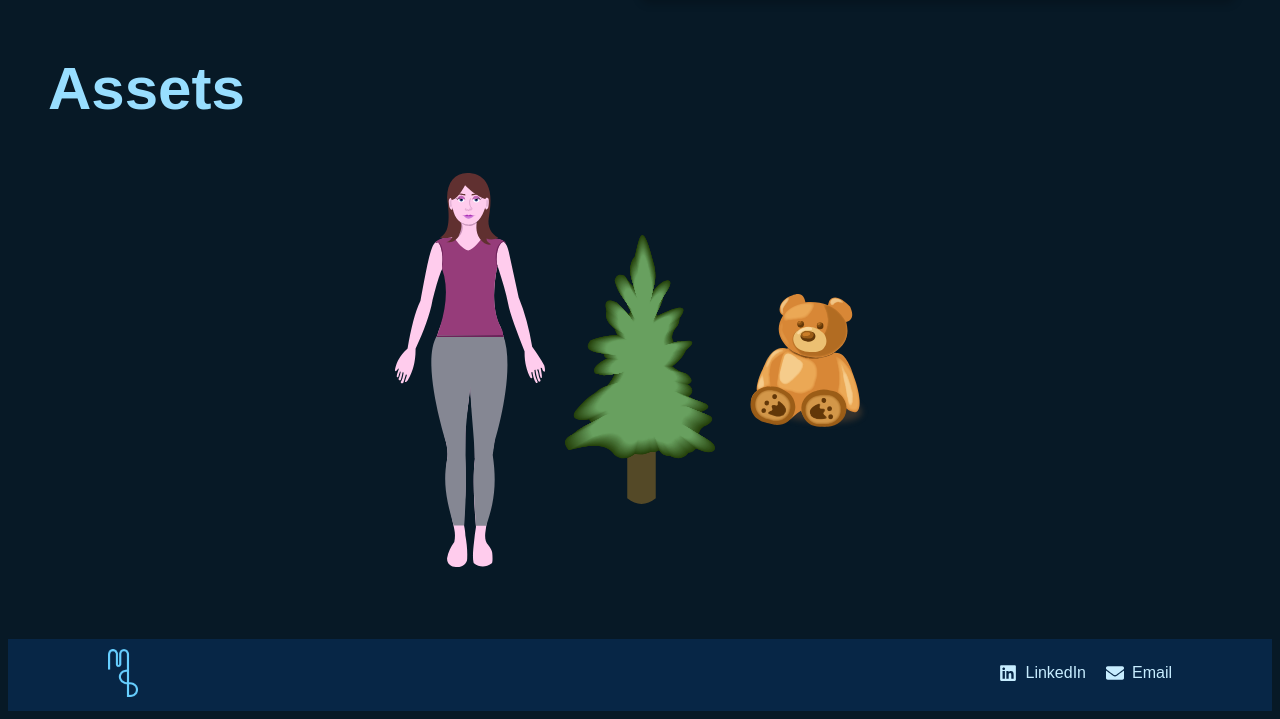
Repository: madelinestruthers/madeline-portfolio-site
Page: /Projects/motion-project
An editor plug-in stored every save of this project. The page is shown before and after the next save, followed by the edit.
The browser window is 1280 px wide. The pictures show the part of the page from y = 651 to 1370 px (the page is 1370 px tall).
The project was rebuilt for these pictures with package versions that can differ from the ones it lists, and the page was loaded fresh each time. The framework's server and built-in components were replaced by stand-ins that run in the browser. Also part of the build but not shown: next.config.mjs.

Above is the page before, as saved 2025-03-22 19:23:16.

### src/pages/Projects/motion-project.js
import NavBar from "@/components/NavBar";
import Footer from "@/components/Footer";
import styles from "@/styles/MotionProject.module.css";
import Image from "next/image";

export default function MotionProject() {
    return (
        <div className={styles.page}> {/* ✅ Add a wrapper div */}
            <NavBar />

            <main className={styles.container}>
                <h1 className={styles.h1Style}>How to Ground Yourself</h1>

                {/* Video & Description Row on Desktop (Video on Right) */}
                <div className={styles.videoDescriptionWrapper}>

                    {/* Project Details (Left Side on Desktop) */}
                    <div className={styles.descriptionContainer}>
                        <p className={styles.description}>
                            Made for kids, this motion graphics piece explores mindfulness and grounding through fluid animation, soft colors, and soothing music. Created with After Effects and Illustrator, it delivers a calm, immersive experience.
                        </p>
                    </div>

                    {/* Video Section (Right Side on Desktop) */}
                    <div className={styles.videoContainer}>
                        <iframe
                            className={styles.video}
                            src="https://www.youtube.com/embed/LDuL9oxN3RY?si=x8TfYwBB4a7iYpOd"
                            title="YouTube video player"
                            allow="accelerometer; autoplay; clipboard-write; encrypted-media; gyroscope; picture-in-picture; web-share"
                            referrerPolicy="strict-origin-when-cross-origin"
                            allowFullScreen
                        ></iframe>
                    </div>

                </div>
                <h2 className={styles.h1Style}>Assets</h2>
                <div className={styles.assetContainer}>
                    <div className={styles.assets}>
                        <Image src="/images/Asset1.svg" alt="Asset 1" width={150} height={150} className={styles.assetImage} />
                        <Image src="/images/Asset2.svg" alt="Asset 2" width={150} height={150} className={styles.assetImage} />
                        <Image src="/images/Asset3.svg" alt="Asset 3" width={150} height={150} className={styles.assetImage} />
                    </div>
                </div>
            </main>

            <Footer />
        </div>
    );
}

### src/styles/globals.css
:root {
  --background: #071926;
  --foreground: #171717;
    --accent: #98deff; /* Change to your preferred color */
}

@media (prefers-color-scheme: dark) {
  :root {
    --background: #071926;
    --foreground: #ffffff;
  }
}

html,
body {
  max-width: 100vw;
  overflow-x: hidden;
}


body {
  color: var(--foreground);
  background: var(--background);
  font-family: comme, Poppins, sans-serif;
  font-size: 16px;
}

/* styles*/



a {
  color: inherit;
  text-decoration: none;
}

.projects-page {
  display: flex;
  flex-direction: column;
  min-height: 100vh;
}

/* 📌 Title & Filter Layout */
.projects-header {
  display: flex;
  justify-content: space-between;
  align-items: center;
  padding: 2rem 0;
  width: 100%;
}

/* Align title left */
.projects-header h1 {
  font-size: 60px;
  font-weight: bold;
  margin-left: 100px;
  color: #98deff;
}

/* Align filter right */
.filter-container {
  display: flex;
  align-items: center;
  gap: 10px;
  margin-right: 100px;
}

/* 📌 Apply required #category-filter styling */
#category-filter {
  padding: 10px;
  font-size: 1rem;
  border-radius: 5px;
  border: 1px solid #ccc;
  cursor: pointer;
}

/* 📌 Grid Layout for Projects */
.projects-container {
  display: grid;
  grid-template-columns: 1fr;
  gap: 20px;
  padding-top: 2rem;
  justify-items: center;
  flex-grow: 1; /* Ensures content takes up available space */
}

/* 📌 Handle No Projects */
.no-projects {
  text-align: center;
  font-size: 1.2rem;
  color: #999;
}

/* 📌 Stick Footer to Bottom */
footer {
  margin-top: auto;
}


/* 🔥 Tablet View (600px and up) */
@media (min-width: 600px) {
  .projects-container {
    grid-template-columns: repeat(2, 1fr);
  }
}

/* 🖥️ Desktop View (900px and up) */
@media (min-width: 900px) {
  .projects-container {
    grid-template-columns: repeat(3, 1fr);
    margin: 1rem 100px 6rem 100px;
    gap: 6rem;
  }
}

/* 🖥️ Large Desktop View (1400px and up) */
@media (min-width: 1600px) {
  .projects-container {
    grid-template-columns: repeat(4, 1fr);
    margin: 2rem 200px 6rem 200px;
    gap: 8rem;
  }
}

/* 📱 Mobile View: Stack title & filter */
@media (max-width: 899px) {
  .projects-header {
    flex-direction: column;
    align-items: center;
    text-align: center;
    gap: 10px;
  }

  .projects-header h1 {
    margin-left: 0;
  }

  .filter-container {
    margin-right: 0;
  }
}

### src/components/NavBar.js

import React, { useState } from "react";
import Image from "next/image";
import styles from "./Navbar.module.css";

const NavBar = () => {
  const [isMenuOpen, setIsMenuOpen] = useState(false);
  const toggleMenu = () => setIsMenuOpen(!isMenuOpen);

  return (
    <nav className={styles.navbar}>
      <div className={styles["navbar-logo"]}>
        <a href="/">
          <div className={styles["logo-wrapper"]}>
            <Image
              src="/images/ms-logo.svg"
              alt="Logo"
              width={80}
              height={22}
              priority
            />
          </div>
        </a>
      </div>

      <div className={styles.hamburger} onClick={toggleMenu}>
        <div className={styles.bar}></div>
        <div className={styles.bar}></div>
        <div className={styles.bar}></div>
      </div>

      <ul
        className={`${styles["navbar-links"]} ${
          isMenuOpen ? styles["navbar-links-open"] : ""
        }`}
      >
        <li>
          <a href="/projects">Projects</a>
        </li>
        <li>
          <a href="/about">About Me</a>
        </li>
      </ul>
    </nav>
  );
};

export default NavBar;

### src/components/Footer.js
// src/components/Footer.js
import React from "react";
import styles from "./Footer.module.css";
import { FaLinkedin, FaEnvelope } from "react-icons/fa";
import Image from "next/image";

const Footer = () => {
  return (
    <footer className={styles.footer}>
      {/* Left Section: Logo */}
      <div className={styles.logo}>
        <a href="/">
        <Image
            src="/images/ms-logo.png"
            alt="Logo"
            width={30}
            height={48}
          />
        </a>
      </div>

      {/* Right Section: Links */}
      <div className={styles.links}>
        <a
          href="https://linkedin.com/in/madelinestruthers"
          target="_blank"
          rel="noopener noreferrer"
          className={styles.link}
        >
          <FaLinkedin className={styles.icon} /> LinkedIn
        </a>
        <a
          href="mailto:maddiestruthersdesigns@gmail.com"
          className={styles.link}
        >
          <FaEnvelope className={styles.icon} /> Email
        </a>
      </div>
    </footer>
  );
};

export default Footer;

### src/styles/MotionProject.module.css
/* Page Wrapper */
/* Page Wrapper */
.page {
    display: flex;
    flex-direction: column;
    min-height: 100vh;
    /* Ensures the full viewport height */
}

/* Main Content */
.container {
    flex: 1;
    /* Pushes the footer down */
    display: flex;
    flex-direction: column;
    align-items: center;
    padding: 20px;
}

/* Video & Description Layout */
.videoDescriptionWrapper {
    display: flex;
    flex-direction: column;
    /* Mobile: Stacked */
    align-items: center;
    gap: 20px;
    width: 100%;
}

/* Video Styling */
.videoContainer {
    width: 100%;
    max-width: 600px;
    margin-top: 1rem;
}

.video {
    width: 100%;
    height: 45vh;
    border-radius: 10px;
    box-shadow: 0 4px 8px rgba(0, 0, 0, 0.2);
}

/* Title & Description */
.descriptionContainer {
    text-align: left;
    max-width: 600px;
}


.h1Style {
    font-size: 30px;
    color: #98deff;
    font-weight: bold;
    text-align: left;
    /* ✅ Aligns to the left */
    width: 100%;
    /* Makes sure it spans the full width */
    max-width: 1200px;
}


.description {
    font-size: 1rem;
    color: #cbedfd;
    line-height: 1.6;
}

/* Assets Section */
.assetsContainer {
    text-align: center;
    width: 100%;
    display: flex;
    justify-content: center;
  }

  .assets {
    display: flex;
    flex-direction: column;
    align-items: center;
    gap: 20px;
    width: 100%;
  }

  .assetImage {
    height: auto;
  }

.h2Style {
    font-size: 24px;
    color: #C7EDFF;
    margin-bottom: 10px;
}




/* 🔹 Tablet View (iPad) */
@media (min-width: 768px) {
    .container {
        padding: 40px;
    }

    .h1Style {
        font-size: 36px;
    }

    .description {
        font-size: 1.1rem;
        max-width: 80%;
    }

    .assets {
        flex-direction: row;
        justify-content:flex-start;
      }
}

/* 🖥️ Desktop View */
@media (min-width: 1024px) {
    .container {
        max-width: 1200px;
        margin: auto;
    }

    .videoDescriptionWrapper {
        flex-direction: row;
        /* Desktop: Side-by-Side */
        align-items: flex-start;
        justify-content: space-between;
    }

    .descriptionContainer {
        flex: 1;
        max-width: 40%;
        text-align: left;
    }

    .videoContainer {
        flex: 1;
        max-width: 50%;
        /* Make it take half the width */
        order: 2;

    }

    .h1Style {
        font-size: 60px;
    }

    .description {
        font-size: 1.2rem;
        max-width: 100%;
    }

    .assetImage {
        width: 150px;
      }
}

### src/components/Navbar.module.css
/* Base Styles (Mobile First) */
.navbar {
  display: flex;
  justify-content: space-between;
  align-items: center;
  padding: 1.5rem;
  position: sticky;
  z-index: 111;
}

.navbar-logo img{
  display: flex;
  align-items: center;
  width: 45px;
  height: 100px;
}


.navbar-logo a {
  text-decoration: none;
}

.logo-wrapper {
  display: inline-block;
  transform: scale(1);
  transition: transform 0.4s ease-in-out 0.1s, filter 0.4s ease-in-out 0.1s;
  will-change: transform, filter;
}

.logo-wrapper:hover {
  animation: tiltWobble 0.6s ease-in-out 0.1s;
  transform: scale(1.1);
  filter: brightness(1.1) sepia(1) hue-rotate(-20deg) saturate(5);
}

@keyframes tiltWobble {
  0% {
    transform: scale(1.1) rotateZ(0deg);
  }
  30% {
    transform: scale(1.1) rotateZ(-4deg);
  }
  60% {
    transform: scale(1.1) rotateZ(4deg);
  }
  100% {
    transform: scale(1.1) rotateZ(0deg);
  }
}

/* Hamburger Menu */
.hamburger {
  display: flex;
  flex-direction: column;
  justify-content: space-between;
  width: 2.5rem;
  height: 2rem;
  cursor: pointer;
}

.bar {
  height: 5px;
  width: 100%;
  border-radius: 3px;
  transition: all 0.3s ease;
  background-color: #ffb04f;
}

/* Navigation Links */
.navbar-links {
  display: none;
  flex-direction: column;
  list-style: none;
  text-align: left;
  position: absolute;
  top: 100px;
  right: 30px;
  background-color: #072747;
  box-shadow: 0 4px 6px rgba(0, 0, 0, 0.1);
  border-radius: 8px;
  z-index: 10;
  font-size: 20px;
  padding-bottom: 1rem;
}

.navbar-links a {
  text-decoration: none;
  font-size: 20px;
  font-weight: 600;
  color: #c7edff;
  padding-right: 1.5rem;
  padding-top: 1rem;
  display: block;
  transition: color 0.3s ease, border-color 0.3s ease;
  border-bottom: 4px solid transparent;
}

.navbar-links a:hover {
  transition: color 0.3s ease, border-color 0.3s ease;
  color: #ffb04f;
}

/* Show Links When Menu is Open */
.navbar-links-open {
  display: flex;
}

/* Tablet Styles (768px) */
@media (min-width: 768px) {
  .hamburger {
    display: none;
  }

  .navbar-logo{
    width: 40px;
    height: auto;
  }

  .navbar {
    flex-direction: row;
    justify-content: space-between;
    padding: 10px 100px;
  }

  .navbar-links {
    display: flex;
    flex-direction: row;
    position: static;
    background: none;
    box-shadow: none;
    padding: 0;
    gap: 3rem;
  }

  .navbar-links a {
    padding: 0;
    font-size: 18px;
  }
}

/* Desktop Styles (1024px) */
@media (min-width: 1024px) {
  .navbar {
    padding: 20px 100px;
  }

  .navbar-logo img {
    max-width: 100%;
    height: auto;
  }

  .navbar-links a {
    font-size: 18px;
  }
}

### src/components/Footer.module.css
/* src/components/Footer.module.css */
.footer {
    display: flex;
    justify-content: space-between;
    align-items: center;
    padding: 10px 100px; /* Adjust the side padding as needed */
    background-color: hsl(210, 82%, 15%);
    margin-top: 2rem;
  }

  .logo {
    display: flex;
    align-items: center;
  }

  .logoImage {
    width: auto;
  }

  .links {
    display: flex;
    gap: 20px; /* Space between links */

  }

  .link {
    display: flex;
    align-items: center;
    text-decoration: none;
    font-size: 16px;
    color: #C7EDFF; /* Dark text color */
    transition: color 0.3s ease, border-color 0.3s ease;
    border-bottom: 4px solid transparent; /* Hidden underline */
  }

  .link:hover {
    color: #FF8C00
  }

  .icon {
    margin-right: 8px; /* Space between icon and text */
    font-size: 18px;
  }

Loaded but not shown: src/pages/_app.js (common file); src/pages/_document.js (common file)

After the next save:
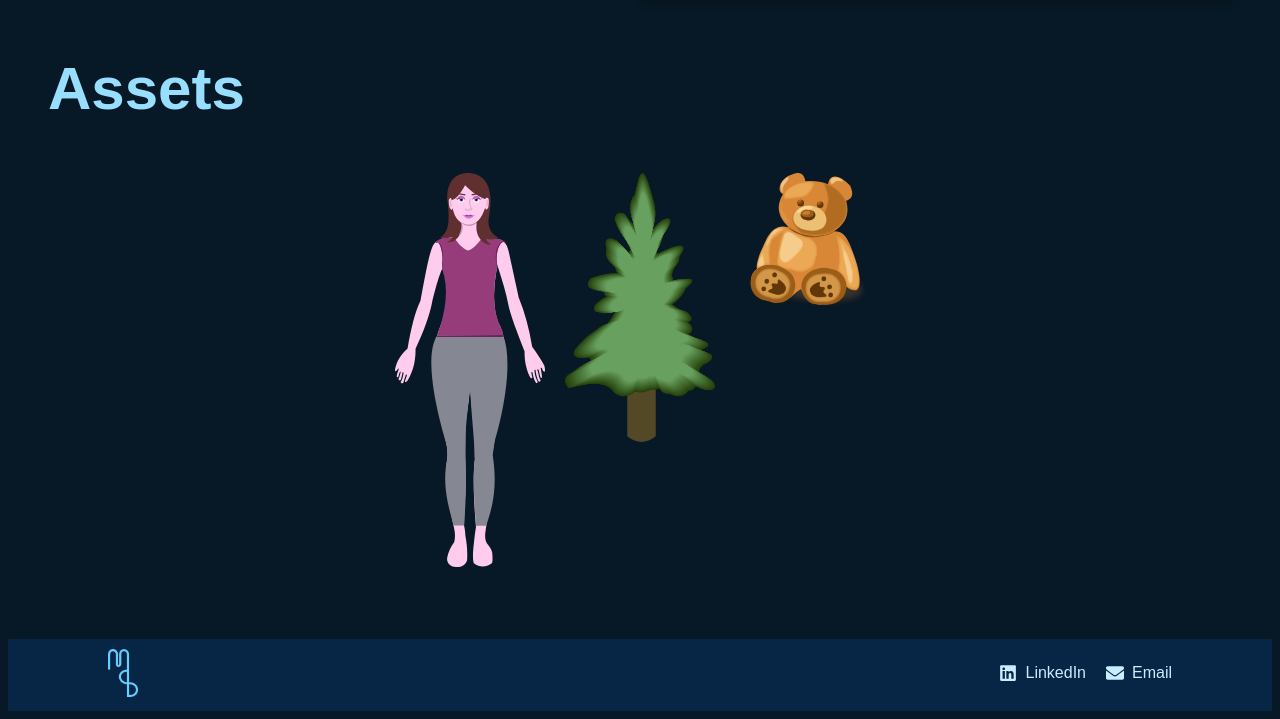
Saved 8 s later.
--- a/src/styles/MotionProject.module.css
+++ b/src/styles/MotionProject.module.css
@@ -113,6 +113,7 @@
     .assets {
         flex-direction: row;
         justify-content:flex-start;
+        align-items: flex-start;
       }
 }
 

After the save that followed:
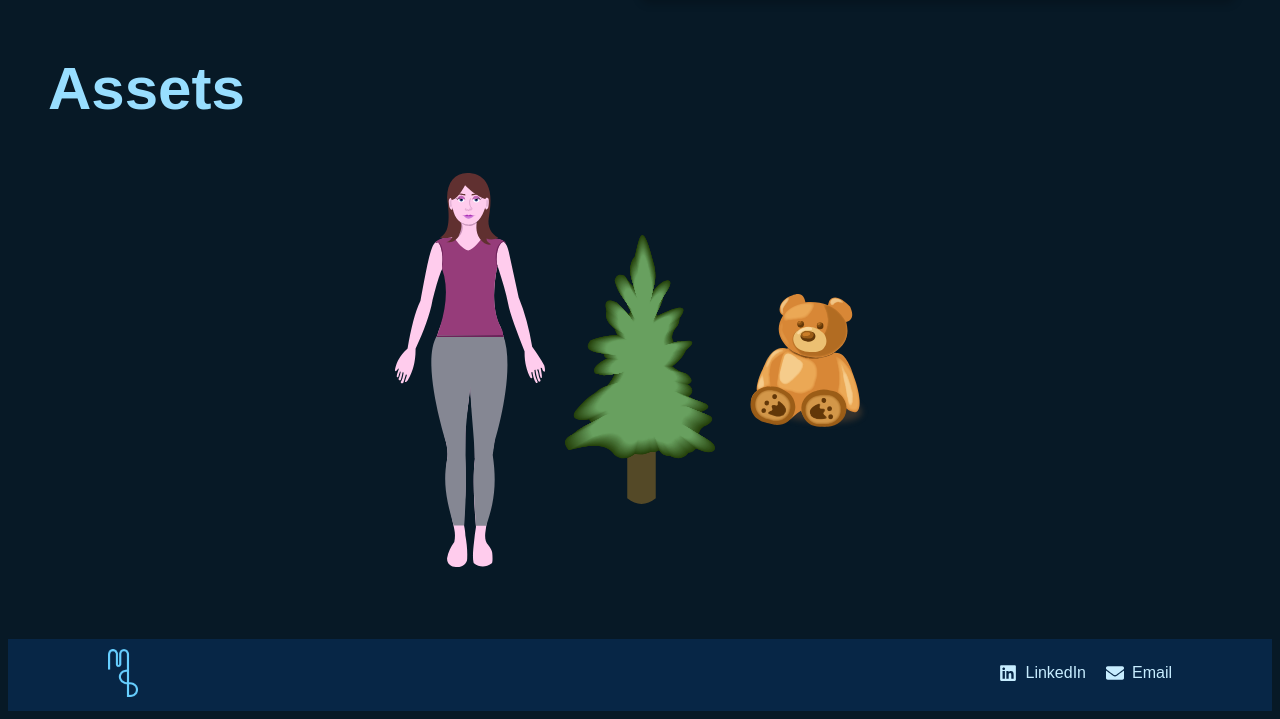
Saved 5 s later.
--- a/src/styles/MotionProject.module.css
+++ b/src/styles/MotionProject.module.css
@@ -113,7 +113,7 @@
     .assets {
         flex-direction: row;
         justify-content:flex-start;
-        align-items: flex-start;
+
       }
 }
 
